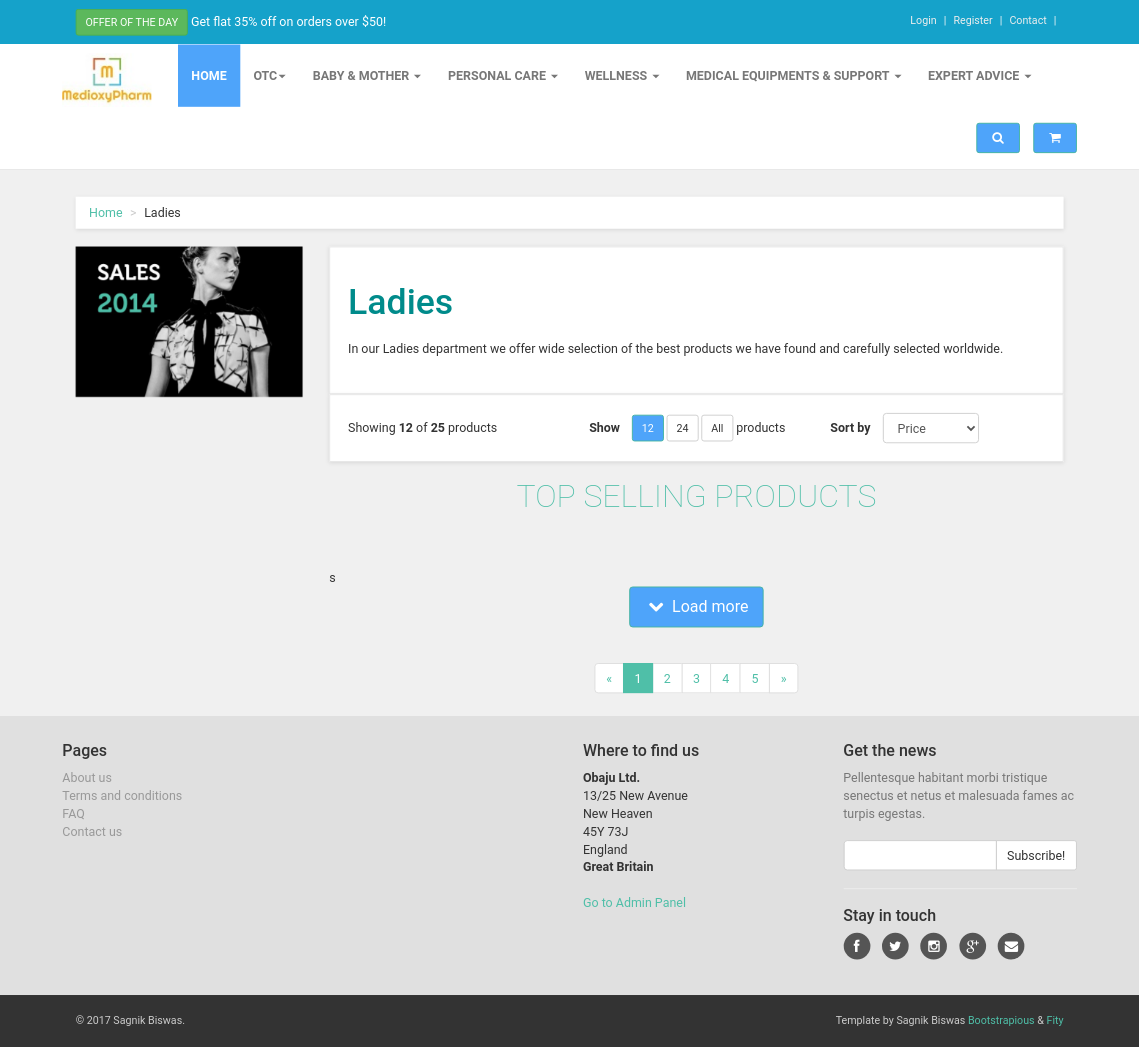
Repository: Sagnikb9/Java-Devops-Ecommerce
Page: http://localhost/MedioxyPharm/WEB-INF/views/product.jsp
The author's editor kept a copy of each file at every save. The page is drawn from the files as they stood at one save, then again after the next save.
The browser window is 1280 px wide. The pictures show the whole page, at 89% of full size.
Some web fonts or font styles are not loaded; a fallback is used. The page is served by Tomcat 9. Nobody is signed in. The template is opened directly, without the code that normally fills it, so the values that code supplies are empty.

Above is the page before, as saved 2017-11-17 23:21:33.

After the next save:
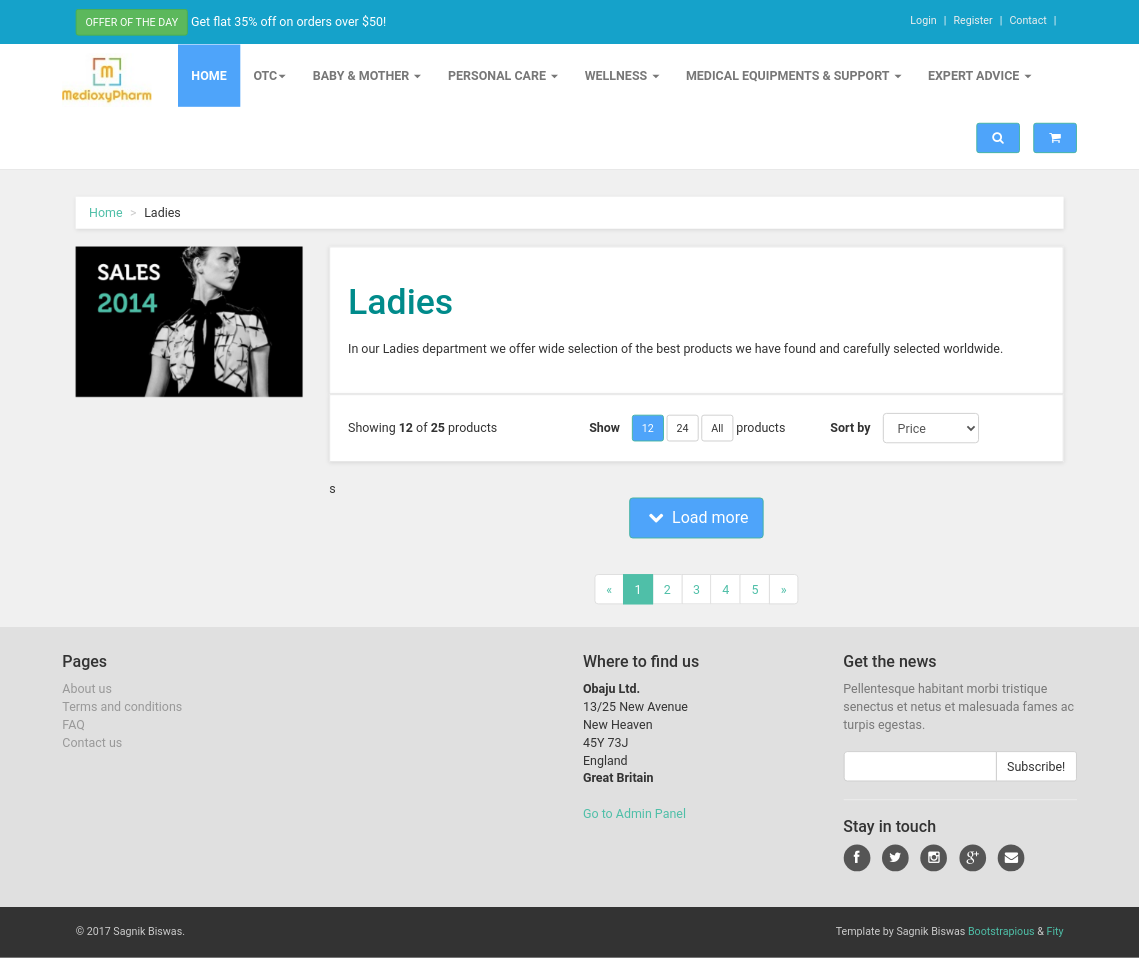
Saved 12 s later.
--- a/MedioxyPharm/src/main/webapp/WEB-INF/views/product.jsp
+++ b/MedioxyPharm/src/main/webapp/WEB-INF/views/product.jsp
@@ -103,13 +103,7 @@
 
                     <div id="hot">
 
-                <div class="">
 
-                            <h2>Top Selling Products</h2>
-
-                        </div>
-
-                <br>
 <div class="product-slider">
                     <c:forEach items="${productList}" var="product">
                         <div class="item">
